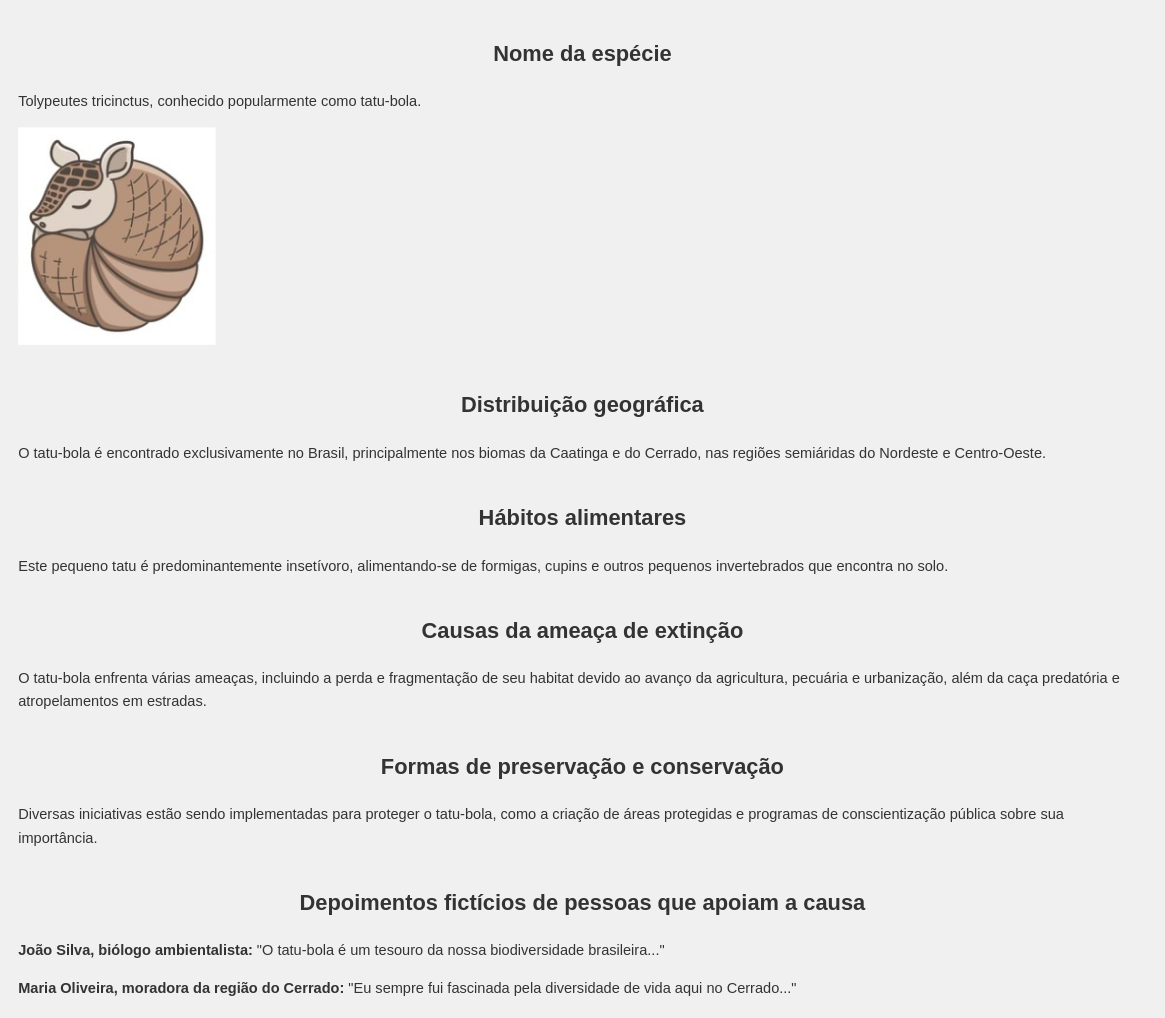
Repository: Gabrielb0rn/Tatu-bola.io
Page: index.html
An editor plug-in stored every save of this project. The page is shown before and after the next save, followed by the edit.
The browser window is 1280 px wide. The pictures show the part of the page from y = 300 to 1419 px (the page is 1925 px tall before and 2361 px after), at 91% of full size.
A picture or video elsewhere on the page could not be fetched, so the positions and the page height are approximate.

Above is the page before, as saved 2024-06-19 08:35:53.

### index.html
<!DOCTYPE html>
<html lang="pt-br">
<head>
    <meta charset="UTF-8">
    <meta name="viewport" content="width=device-width, initial-scale=1.0">
    <title>Projeto Tatu-bola - Tolypeutes tricinctus</title>
    <link rel="stylesheet" href="assets\style.css">
</head>
<body>
    <header>
        <h1>Projeto Tatu-bola - Tolypeutes tricinctus</h1>
    </header>

    <main>
        <section class="content">
            <h2>Nome da espécie</h2>
            <p>Tolypeutes tricinctus, conhecido popularmente como tatu-bola.</p>
            <img src="resources\intro\tatu-bola.jpg" alt="">
        </section>

        <section class="content">
            <h2>Distribuição geográfica</h2>
            <p>O tatu-bola é encontrado exclusivamente no Brasil, principalmente nos biomas da Caatinga e do Cerrado, nas regiões semiáridas do Nordeste e Centro-Oeste.</p>
        </section>

        <section class="content">
            <h2>Hábitos alimentares</h2>
            <p>Este pequeno tatu é predominantemente insetívoro, alimentando-se de formigas, cupins e outros pequenos invertebrados que encontra no solo.</p>
        </section>

        <section class="content">
            <h2>Causas da ameaça de extinção</h2>
            <p>O tatu-bola enfrenta várias ameaças, incluindo a perda e fragmentação de seu habitat devido ao avanço da agricultura, pecuária e urbanização, além da caça predatória e atropelamentos em estradas.</p>
        </section>

        <section class="content">
            <h2>Formas de preservação e conservação</h2>
            <p>Diversas iniciativas estão sendo implementadas para proteger o tatu-bola, como a criação de áreas protegidas e programas de conscientização pública sobre sua importância.</p>
        </section>

        <section class="content">
            <h2>Depoimentos fictícios de pessoas que apoiam a causa</h2>
            <p class="testimonial"><strong>João Silva, biólogo ambientalista:</strong> "O tatu-bola é um tesouro da nossa biodiversidade brasileira..."</p>
            <p class="testimonial"><strong>Maria Oliveira, moradora da região do Cerrado:</strong> "Eu sempre fui fascinada pela diversidade de vida aqui no Cerrado..."</p>
        </section>

        <section class="content images">
            <h2>Fotos e vídeos do animal</h2>
            <img src="caminho/para/sua/imagem.jpg" alt="Foto do tatu-bola">
        </section>
    </main>

    <script src="assets\scripts.js"></script>
</body>
</html>

### assets/style.css
body {
    font-family: Arial, sans-serif;
    background-color: #f0f0f0;
    color: #333;
    margin: 0;
    padding: 0;
    line-height: 1.6;
}

header {
    background: url('koenigsegg.jpg') no-repeat center center;
    background-size: cover;
    height: 300px;
    color: white;
    display: flex;
    justify-content: center;
    align-items: center;
    font-size: 2em;
    text-shadow: 2px 2px 4px #000;
    padding: 20px;
    box-sizing: border-box;
}

main {
    padding: 20px;
    margin-bottom: 60px;
}

section {
    margin-bottom: 40px;
}

h1, h2, h3, h4 {
    text-align: center;
}

figure {
    margin: 20px 0;
    text-align: center;
}

figcaption {
    font-style: italic;
}

.container {
    max-width: 800px;
    margin: 20px auto;
    padding: 20px;
    background-color: white;
    box-shadow: 0 0 10px rgba(0, 0, 0, 0.1);
    border-radius: 8px;
}

footer {
    background-color: #333;
    color: #ffffff;
    text-align: center;
    padding: 10px;
    width: 90%;
    margin: 0 auto;
    bottom: 0;
}

a {
    color: #0066cc;
    text-decoration: none;
}

a:hover {
    text-decoration: underline;
}

.text-image-right {
    display: flex;
    flex-wrap: wrap;
    align-items: center;
    margin: 20px 0;
}

.text-image-right div {
    flex: 1;
    padding: 10px;
}

.text-image-right img {
    max-width: 300px;
    width: 100%;
    height: auto;
    flex: 1;
    margin: 10px;
}

@media (max-width: 768px) {
    .text-image-right {
        flex-direction: column;
        align-items: center;
    }
}

.about {
    text-align: center;
    font-size: 1.5em;
}

.centered-image {
    display: block;
    margin-left: auto;
    margin-right: auto;
}

Loaded but not shown: assets/scripts.js (no stored copy; drawn as an empty file)

After the next save:
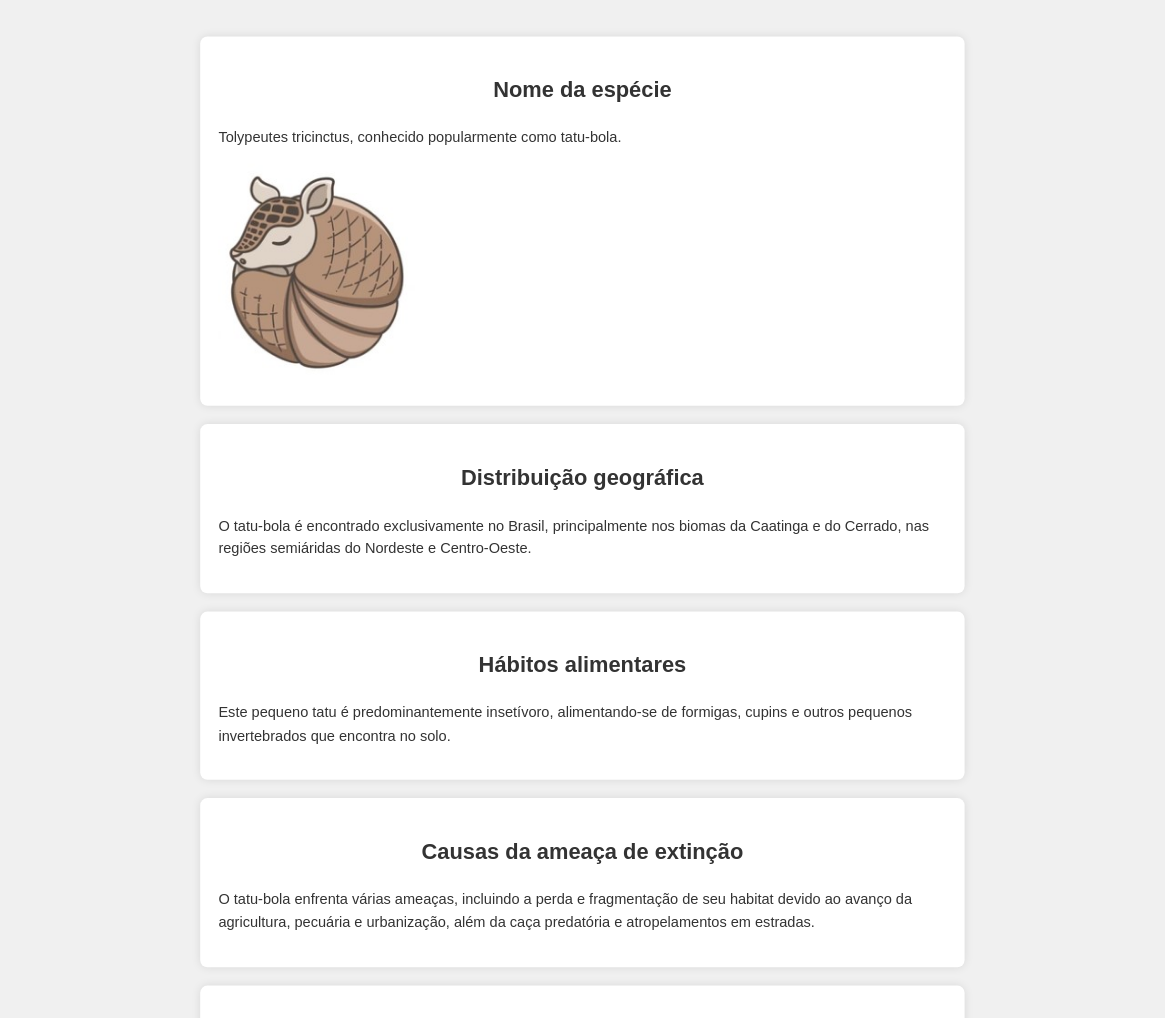
Saved 20 s later.
--- a/index.html
+++ b/index.html
@@ -4,7 +4,7 @@
     <meta charset="UTF-8">
     <meta name="viewport" content="width=device-width, initial-scale=1.0">
     <title>Projeto Tatu-bola - Tolypeutes tricinctus</title>
-    <link rel="stylesheet" href="assets\style.css">
+    <link rel="stylesheet" href="assets/style.css">
 </head>
 <body>
     <header>
@@ -12,44 +12,44 @@
     </header>
 
     <main>
-        <section class="content">
+        <section class="container">
             <h2>Nome da espécie</h2>
             <p>Tolypeutes tricinctus, conhecido popularmente como tatu-bola.</p>
-            <img src="resources\intro\tatu-bola.jpg" alt="">
+            <img src="resources/intro/tatu-bola.jpg" alt="Tatu-bola">
         </section>
 
-        <section class="content">
+        <section class="container">
             <h2>Distribuição geográfica</h2>
             <p>O tatu-bola é encontrado exclusivamente no Brasil, principalmente nos biomas da Caatinga e do Cerrado, nas regiões semiáridas do Nordeste e Centro-Oeste.</p>
         </section>
 
-        <section class="content">
+        <section class="container">
             <h2>Hábitos alimentares</h2>
             <p>Este pequeno tatu é predominantemente insetívoro, alimentando-se de formigas, cupins e outros pequenos invertebrados que encontra no solo.</p>
         </section>
 
-        <section class="content">
+        <section class="container">
             <h2>Causas da ameaça de extinção</h2>
             <p>O tatu-bola enfrenta várias ameaças, incluindo a perda e fragmentação de seu habitat devido ao avanço da agricultura, pecuária e urbanização, além da caça predatória e atropelamentos em estradas.</p>
         </section>
 
-        <section class="content">
+        <section class="container">
             <h2>Formas de preservação e conservação</h2>
             <p>Diversas iniciativas estão sendo implementadas para proteger o tatu-bola, como a criação de áreas protegidas e programas de conscientização pública sobre sua importância.</p>
         </section>
 
-        <section class="content">
+        <section class="container">
             <h2>Depoimentos fictícios de pessoas que apoiam a causa</h2>
             <p class="testimonial"><strong>João Silva, biólogo ambientalista:</strong> "O tatu-bola é um tesouro da nossa biodiversidade brasileira..."</p>
             <p class="testimonial"><strong>Maria Oliveira, moradora da região do Cerrado:</strong> "Eu sempre fui fascinada pela diversidade de vida aqui no Cerrado..."</p>
         </section>
 
-        <section class="content images">
+        <section class="container">
             <h2>Fotos e vídeos do animal</h2>
             <img src="caminho/para/sua/imagem.jpg" alt="Foto do tatu-bola">
         </section>
     </main>
 
-    <script src="assets\scripts.js"></script>
+    <script src="assets/scripts.js"></script>
 </body>
 </html>
